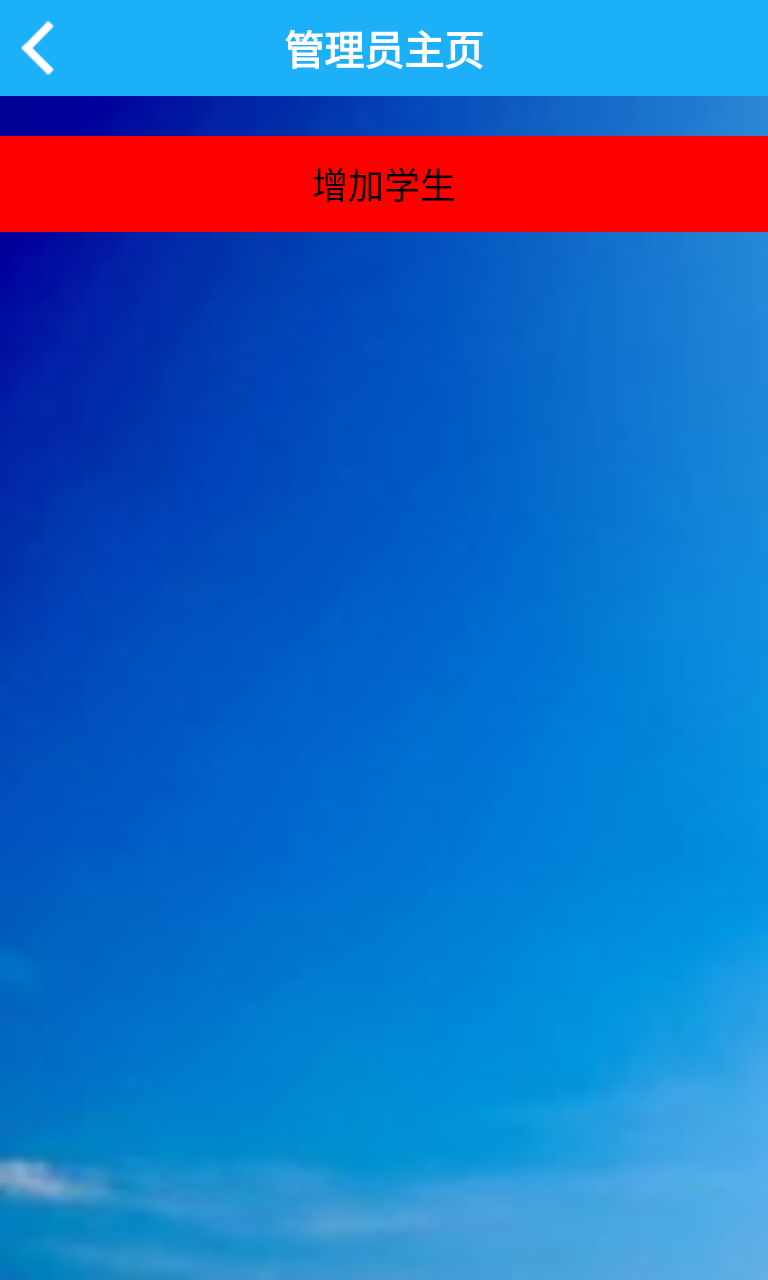
Repository: 15862175370/MyProject
Layout: 毕业设计系统源码_李伟/client/TeachSystem/res/layout/administrator_center.xml
An editor plug-in stored every save of this project. The layout is shown before and after the next save, followed by the edit.
It is drawn on a 768 x 1280 px phone screen (xhdpi) without system bars, with theme AppTheme; the app's code is not run.

Above is the layout before, as saved 2016-05-20 08:00:38.

### 毕业设计系统源码_李伟/client/TeachSystem/res/layout/administrator_center.xml
<?xml version="1.0" encoding="utf-8"?>
<LinearLayout xmlns:android="http://schemas.android.com/apk/res/android"
    android:layout_width="match_parent"
    android:layout_height="match_parent"
    android:background="@drawable/ad"
    android:orientation="vertical" >
        <!-- 标题栏 -->

    <RelativeLayout
        android:id="@+id/bjmgf_sdk_dock_pay_center_title_LayoutId"
        android:layout_width="match_parent"
        android:layout_height="48dp"
        android:background="#1bb0f8" >

        <RelativeLayout
            android:id="@+id/bjmgf_sdk_dock_pay_center_closeLlId"
            android:layout_width="wrap_content"
            android:layout_height="wrap_content"
            android:layout_alignParentLeft="true"
            android:layout_centerVertical="true"
            android:paddingBottom="10dp"
            android:paddingLeft="10dp"
            android:paddingRight="20dp"
            android:paddingTop="10dp" >

            <ImageView
                android:id="@+id/bjmgf_sdk_closeAboutBtnId"
                android:layout_width="wrap_content"
                android:layout_height="wrap_content"
                android:layout_centerVertical="true"
                android:src="@drawable/bjmgf_sdk_back" />
        </RelativeLayout>

        <TextView
            android:id="@+id/bjmgf_sdk_messageTextViewId"
            android:layout_width="wrap_content"
            android:layout_height="wrap_content"
            android:layout_centerInParent="true"
            android:gravity="center"
            android:text="管理员主页"
            android:textColor="#ffffff"
            android:textSize="20sp"
            android:textStyle="bold" />
    </RelativeLayout>

    <Button
        android:layout_marginTop="20dp"
        android:background="#ff0000"
        android:id="@+id/button1"
        android:layout_width="match_parent"
        android:layout_height="wrap_content"
        android:text="增加学生" />

</LinearLayout>

Loaded but not shown: 毕业设计系统源码_李伟/client/TeachSystem/res/values/styles.xml (common file); 毕业设计系统源码_李伟/client/TeachSystem/res/values-v11/styles.xml (common file); 毕业设计系统源码_李伟/client/TeachSystem/res/values-v14/styles.xml (common file)

After the next save:
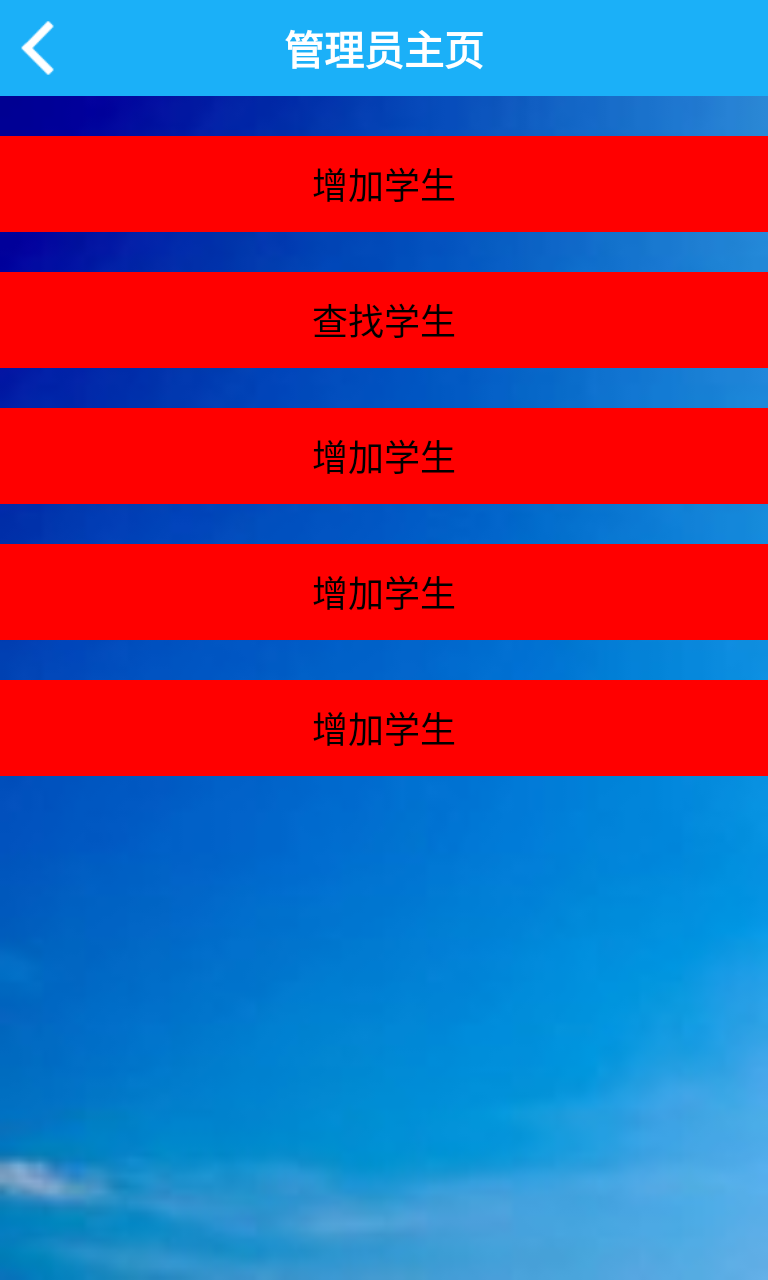
Saved 33 s later.
--- a/毕业设计系统源码_李伟/client/TeachSystem/res/layout/administrator_center.xml
+++ b/毕业设计系统源码_李伟/client/TeachSystem/res/layout/administrator_center.xml
@@ -44,6 +44,38 @@
     </RelativeLayout>
 
     <Button
+        android:id="@+id/Button01"
+        android:layout_width="match_parent"
+        android:layout_height="wrap_content"
+        android:layout_marginTop="20dp"
+        android:background="#ff0000"
+        android:text="增加学生" />
+
+    <Button
+        android:id="@+id/Button02"
+        android:layout_width="match_parent"
+        android:layout_height="wrap_content"
+        android:layout_marginTop="20dp"
+        android:background="#ff0000"
+        android:text="查找学生" />
+
+    <Button
+        android:id="@+id/Button03"
+        android:layout_width="match_parent"
+        android:layout_height="wrap_content"
+        android:layout_marginTop="20dp"
+        android:background="#ff0000"
+        android:text="增加学生" />
+
+    <Button
+        android:id="@+id/Button04"
+        android:layout_width="match_parent"
+        android:layout_height="wrap_content"
+        android:layout_marginTop="20dp"
+        android:background="#ff0000"
+        android:text="增加学生" />
+
+    <Button
         android:layout_marginTop="20dp"
         android:background="#ff0000"
         android:id="@+id/button1"
